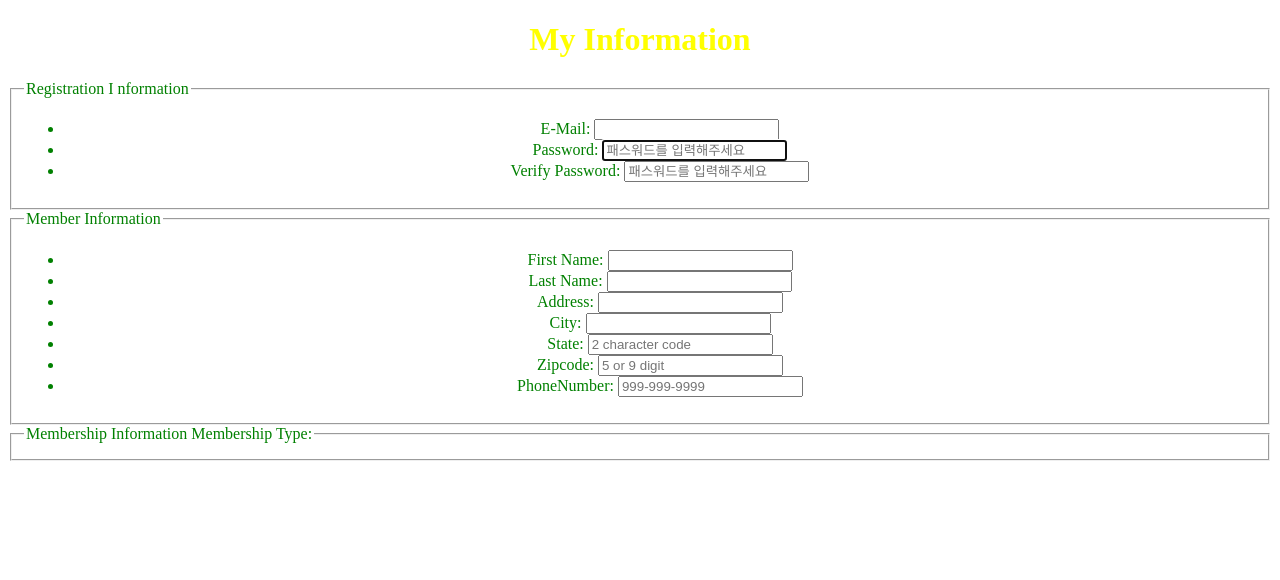
Repository: hyungju2/SSAFY_JavaPractice
Page: 20190211_HTML/web_java/HTMLProject/WebContent/html/hwfront01_서울_6반_이형주.html
These files come from the project's save history. The page is drawn as it stood at one moment and after the next save; the edit follows.
The browser window is 1280 px wide. The pictures show the whole page.

Above is the page before, as saved 2019-02-11 08:52:49.

### 20190211_HTML/web_java/HTMLProject/WebContent/html/hwfront01_서울_6반_이형주.html
<!DOCTYPE html>
<html>
<head>
<meta charset="EUC-KR">
<title>Become a Reamember</title>
</head>
<body>
	<p align="center">
		<font color="yellow">
			<h1 align="center">My Information</h1>
		</font>
	<fieldset>
		<legend>
			<font color="green">Registration I nformation
		</legend>
		<!-- Field set안에서 사용되며, 내용을 설명해줌. -->
		<ul>
			<li align="center"><label for="name">E-Mail:</label> <input
				type="text" , id="id"></li>
			<li align="center"><label for="password">Password:</label> <input
				type="password" , id="password" autofocus required="required"
				placeholder="패스워드를 입력해주세요"></li>
			<li align="center"><label for="password">Verify
					Password:</label> <input type="password" , id="password" autofocus
				required="required" placeholder="패스워드를 입력해주세요"></li>
		</ul>
	</fieldset>


	<fieldset>
		<legend>
			<font color="green">Member Information
		</legend>
		<!-- Field set안에서 사용되며, 내용을 설명해줌. -->
		<ul>
			<li align="center"><label for="firstname">First Name:</label> <input
				type="text" , id="id"></li>
			<li align="center"><label for="Lastname">Last Name:</label> <input
				type="password" , id="password"></li>
			<li align="center"><label for="address">Address:</label> <input
				type="text" , address="address"></li>
			<li align="center"><label for="City">City:</label> <input
				type="text" , city="city"></li>

			<li align="center"><label for="State">State:</label> <input
				type="text" , state="state" autofocus required="required"
				placeholder="2 character code"></li>
			<li align="center"><label for="State">Zipcode:</label> <input
				type="text" , Zipcode="Zipcode" autofocus required="required"
				placeholder="5 or 9 digit"></li>
			<li align="center"><label for="PhoneNumber">PhoneNumber:</label> <input
				type="text" , PhoneNumber="PhoneNumber" autofocus required="required" placeholder="999-999-9999"></li>
		</ul>
	</fieldset>

	<fieldset>
		<legend>
			<font color="green">Membership Information
			Membership Type:
		</legend>
	</fieldset>


</body>
</html>

After the next save:
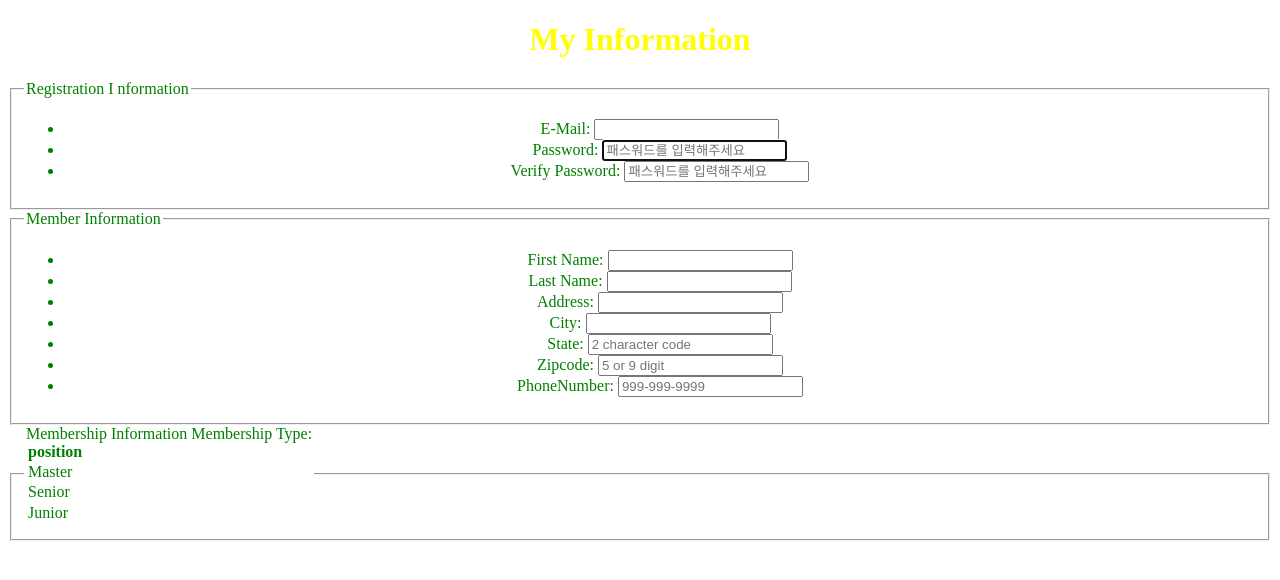
Saved 81 s later.
--- a/20190211_HTML/web_java/HTMLProject/WebContent/html/hwfront01_서울_6반_이형주.html
+++ b/20190211_HTML/web_java/HTMLProject/WebContent/html/hwfront01_서울_6반_이형주.html
@@ -56,7 +56,11 @@
 	<fieldset>
 		<legend>
 			<font color="green">Membership Information
-			Membership Type:
+			Membership Type: <optgroup label="position">
+			<option value="1">Master</option>
+			<option value="2">Senior</option>
+			<option value="3">Junior</option>
+			</optgroup>
 		</legend>
 	</fieldset>
 
